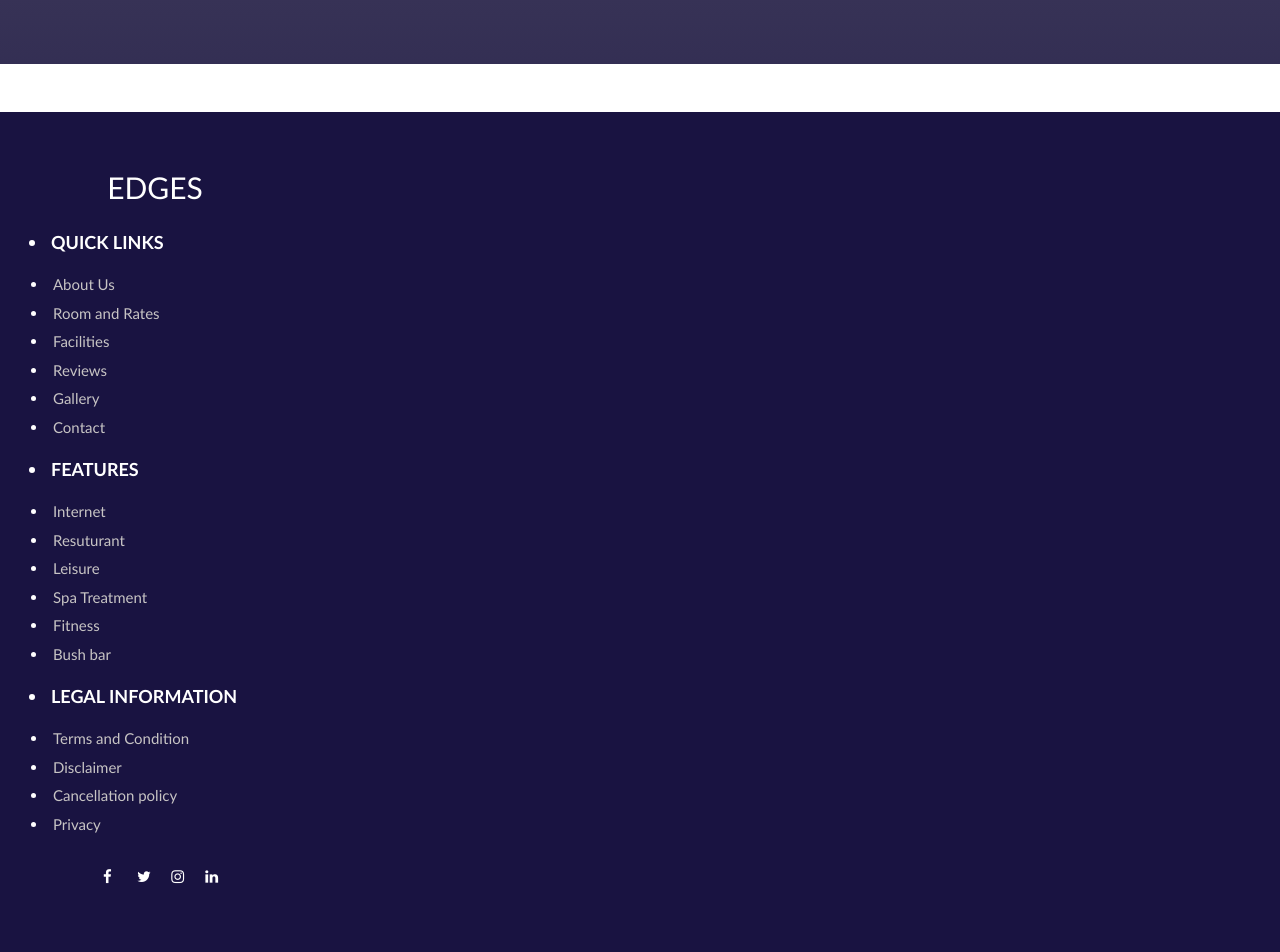
Repository: Syfon01/hotel-website
Page: index.html
An editor plug-in stored every save of this project. The page is shown before and after a run of saves, followed by the edit.
The browser window is 1280 px wide. The pictures show the part of the page from y = 2515 to 3467 px (the page is 3467 px tall before and 3070 px after).
Pictures or frames that could not be fetched are drawn as grey boxes.

Above is the page before, as saved 2020-06-09 17:59:49.

### index.html
<!doctype html>
<html lang="en">
  <head>
    <title>Title</title>
    <!-- Required meta tags -->
    <meta charset="utf-8">
    <meta name="viewport" content="width=device-width, initial-scale=1, shrink-to-fit=no">
  <!-- font awesome -->
  <link rel="stylesheet" href="https://cdnjs.cloudflare.com/ajax/libs/font-awesome/4.7.0/css/font-awesome.min.css">
    <!-- Bootstrap CSS -->
    <link rel="stylesheet" href="https://stackpath.bootstrapcdn.com/bootstrap/4.3.1/css/bootstrap.min.css" integrity="sha384-ggOyR0iXCbMQv3Xipma34MD+dH/1fQ784/j6cY/iJTQUOhcWr7x9JvoRxT2MZw1T" crossorigin="anonymous">
    <link rel="stylesheet" href="room.css">
    <link rel="stylesheet" href="style.css">

  </head>
  <body>
    <!-- header, navbar -->
    <section class="top__section">
      <div class="top__content">
        <div class="container">
          <div class="icons">
            <i class="fa fa-facebook"></i>
            <i class="fa fa-twitter"></i>
            <i class="fa fa-instagram"></i>
            <i class="fa fa-linkedin"></i>
          </div>

          <div class="select">
            <p>English</p><span><i class="fa fa-angle-down"></i></span>
            <p class="x">NGN</p><span><i class="fa fa-angle-down"></i></span>
          </div>
        </div>
      </div>
    </section>

    <section class="main__frame">
      <nav>
        <input type="checkbox" name="" id="check">
        <label for="check" class="checkbtn"><span class="hamburger"></span></label>
        <label class="navBrand">EDGES</label>
        <ul>
          <li><a href="#" class="active">Home</a></li>
          <li><a href="#">About us</a></li>
          <li><a href="#">Room and Rates</a></li>
          <li><a href="#">Facilities</a></li>
          <li><a href="#">Gallery</a></li>
          <li><a href="#">Review</a></li>
          <li><a href="#">Contact</a></li>
        </ul>
      </nav>

      <div class="home-header text-center pt-5">
        <div class="container cont-head pt-5">
          <div class="vert-head pt-5">
            <h1 class="home pb-3">
              Our Rooms
            </h1>
            <div class="col-12 mx-auto">
              <p>
                Enjoy ultimate relaxation in one of our 94 rooms, including 27 spacious suites, designed with your comfort in
                mind.
                All
                rooms offer free high-speed wireless internet, natural light, as well as coffee and tea facilities. Return
                after a
                full
                day of work or sightseeing and unwind in style.
              </p>
            </div>
          </div>

        </div>
      </div>
    </section>
    <!-- header section  -->
    <!-- <section class="header mb-5">
      <div class="home-header text-center">
        <div class="container cont-head pt-5">
          <div class="vert-head pt-5">
            <h1 class="home pb-3">
              Our Rooms
            </h1>
            <div class="col-12 mx-auto">
              <p>
                Enjoy ultimate relaxation in one of our 94 rooms, including 27 spacious suites, designed with your comfort in mind.
                All
                rooms offer free high-speed wireless internet, natural light, as well as coffee and tea facilities. Return after a
                full
                day of work or sightseeing and unwind in style.
              </p>
          </div>
        </div>

        </div>
      </div>
    </section> -->
    <!-- carousel section -->
    <section id="carousel-section">
      <div class="container mt-5">
        <div class="row py-4">
          <div class="col-md-7 col-lg-7 col-12 col-sm-12">
            <div id="carouselExampleIndicators" class="carousel slide" data-ride="carousel">
              <ol class="carousel-indicators">
                <li data-target="#carouselExampleIndicators" data-slide-to="0" class="active"></li>
                <li data-target="#carouselExampleIndicators" data-slide-to="1"></li>
                <li data-target="#carouselExampleIndicators" data-slide-to="2"></li>
              </ol>
              <div class="carousel-inner">
                <div class="carousel-item active">
                  <img src="./img/hotel1.png" class="d-block w-100 img-carousel img-fluid" alt="...">
                </div>
                <div class="carousel-item">
                  <img src="./img/hotel2.png" class="d-block w-100 img-carousel img-fluid" alt="...">
                </div>
                <div class="carousel-item">
                  <img src="./img/hotel3.png" class="d-block w-100 img-carousel img-fluid" alt="...">
                </div>
              </div>

            </div>
          </div>
          <div class="col-md-5 col-lg-5 col-12 col-sm-12">
            <h4 class="text-purple mb-4">Standard Room</h4>
            <p class="text-purple"><span class="p-font-weight">Bed type </span>: 1 King sized bed</p>
            <p class="text-purple"><span class="p-font-weight">Size</span> : 25m2</p>
            <p class="text-purple"><span class="p-font-weight">Max.guest </span>: 2 Adults and a child</p>
            <p class="text-purple mb-4"><span class="p-font-weight p-20">#16,700</span> /night</p>
            <button class="btn btn-purple px-5">Book Now</button>
          </div>
        </div>

        <div class="row py-4">
          <div class="col-md-7 col-lg-7 col-12 col-sm-12">
            <div id="carouselExampleIndicators" class="carousel slide" data-ride="carousel">
              <ol class="carousel-indicators">
                <li data-target="#carouselExampleIndicators" data-slide-to="0" class="active"></li>
                <li data-target="#carouselExampleIndicators" data-slide-to="1"></li>
                <li data-target="#carouselExampleIndicators" data-slide-to="2"></li>
              </ol>
              <div class="carousel-inner">
                <div class="carousel-item active">
                  <img src="./img/hotel2.png" class="d-block w-100 img-carousel img-fluid" alt="...">
                </div>
                <div class="carousel-item">
                  <img src="./img/hotel3.png" class="d-block w-100 img-carousel img-fluid" alt="...">
                </div>
                <div class="carousel-item">
                  <img src="./img/hotel4.png" class="d-block w-100 img-carousel img-fluid" alt="...">
                </div>
              </div>

            </div>
          </div>
          <div class="col-md-5 col-lg-5 col-12 col-sm-12">
            <h4 class="text-purple mb-4">Deluxe Room</h4>
            <p class="text-purple"><span class="p-font-weight">Bed type </span>: 1 King sized bed</p>
            <p class="text-purple"><span class="p-font-weight">Size</span> : 29m2</p>
            <p class="text-purple"><span class="p-font-weight">Max.guest </span>: 2 Adults and a child</p>
            <p class="text-purple mb-4"><span class="p-font-weight p-20">#16,700</span> /night</p>
            <button class="btn btn-purple px-5">Book Now</button>
          </div>
        </div>

        <div class="row py-4">
          <div class="col-md-7 col-lg-7 col-12 col-sm-12">
            <div id="carouselExampleIndicators" class="carousel slide" data-ride="carousel">
              <ol class="carousel-indicators">
                <li data-target="#carouselExampleIndicators" data-slide-to="0" class="active"></li>
                <li data-target="#carouselExampleIndicators" data-slide-to="1"></li>
                <li data-target="#carouselExampleIndicators" data-slide-to="2"></li>
              </ol>
              <div class="carousel-inner">
                <div class="carousel-item active">
                  <img src="./img/hotel3.png" class="d-block w-100 img-carousel h-50 img-fluid" alt="...">
                </div>
                <div class="carousel-item">
                  <img src="./img/hotel4.png" class="d-block w-100 img-carousel img-fluid" alt="...">
                </div>
                <div class="carousel-item">
                  <img src="./img/hotel1.png" class="d-block w-100 img-carousel img-fluid" alt="...">
                </div>
              </div>

            </div>
          </div>
          <div class="col-md-5 col-lg-5 col-12 col-sm-12">
            <h4 class="text-purple mb-4">Standard Deluxe Room</h4>
            <p class="text-purple"><span class="p-font-weight">Bed type </span>: 1 King sized bed</p>
            <p class="text-purple"><span class="p-font-weight">Size</span> : 48m2</p>
            <p class="text-purple"><span class="p-font-weight">Max.guest </span>: 2 Adults and a child</p>
            <p class="text-purple mb-4"><span class="p-font-weight p-20">#21,000</span> /night</p>
            <button class="btn btn-purple px-5">Book Now</button>
          </div>
        </div>

        <div class="row py-4">
          <div class="col-md-7 col-lg-7 col-12 col-sm-12">
            <div id="carouselExampleIndicators" class="carousel slide" data-ride="carousel">
              <ol class="carousel-indicators">
                <li data-target="#carouselExampleIndicators" data-slide-to="0" class="active"></li>
                <li data-target="#carouselExampleIndicators" data-slide-to="1"></li>
                <li data-target="#carouselExampleIndicators" data-slide-to="2"></li>
              </ol>
              <div class="carousel-inner">
                <div class="carousel-item active">
                  <img src="./img/hotel4.png" class="d-block w-100 img-carousel h-50 img-fluid" alt="...">
                </div>
                <div class="carousel-item">
                  <img src="./img/hotel2.png" class="d-block w-100 img-carousel img-fluid" alt="...">
                </div>
                <div class="carousel-item">
                  <img src="./img/hotel1.png" class="d-block w-100 img-carousel img-fluid" alt="...">
                </div>
              </div>

            </div>
          </div>
          <div class="col-md-5 col-lg-5 col-12 col-sm-12">
            <h4 class="text-purple mb-4">Executive Room</h4>
            <p class="text-purple"><span class="p-font-weight">Bed type </span>:2 twins or 1 King sized bed</p>
            <p class="text-purple"><span class="p-font-weight">Size</span> : 48m2</p>
            <p class="text-purple"><span class="p-font-weight">Max.guest </span>: 2 Adults and a child</p>
            <p class="text-purple mb-4"><span class="p-font-weight p-20">#25,000</span> /night</p>
            <button class="btn btn-purple px-5">Book Now</button>
          </div>
        </div>
      </div>
    </section>

    <!-- explore section  -->
    <div class="explore py-4 mb-4">
      <div class='hero'>
        <div class="cont-vert d-none d-md-block d-lg-block">
          <div class="text-center vert col-12">
            <h1>
              Explore and see what comfort really is
            </h1>
            <img src="./img/play.svg" class="img-fluid" alt="" srcset="">
          </div>
        </div>

        <div class="d-sm-block d-lg-none d-md-none pt-5">
          <div class="text-center col-12 pt-5">
            <h1 class="pt-5">
              Explore and see what comfort really is
            </h1>
            <img src="./img/play.svg" class="img-fluid" alt="" srcset="">
          </div>
        </div>

      </div>
</div>
<!-- footer -->
<footer>
  <h2>Edges</h2>



  <div class="de-table">

    <div class="d-column">
      <ul class="d-row">
        <li id="theader">Quick Links </li>
        <li><a href="#">About Us </a></li>
        <li><a href="#"> Room and Rates</a></li>
        <li><a href="#"> Facilities</a></li>
        <li><a href="#">Reviews</a> </li>
        <li><a href="#">Gallery</a> </li>
        <li><a href="#"> Contact</a></li>
      </ul>
    </div>

    <div class="d-column">
      <ul class="d-row">
        <li id="theader">Features </li>
        <li><a href="#">Internet</a></li>
        <li><a href="#">Resuturant</a> </li>
        <li><a href="#">Leisure</a> </li>
        <li> <a href="#">Spa Treatment</a></li>
        <li><a href="#">Fitness </a></li>
        <li><a href="#">Bush bar </a></li>
      </ul>
    </div>

    <div class="d-column">
      <ul class="d-row">
        <li id="theader"> Legal Information</li>
        <li><a href="#">Terms and Condition </a></li>
        <li><a href="#">Disclaimer</a> </li>
        <li> <a href="#">Cancellation policy</a></li>
        <li><a href="#">Privacy</a> </li>
      </ul>
    </div>


  </div>


  <div class="links">
    <i class="fa fa-facebook"><a href="#"></a></i>
    <i class="fa fa-twitter"><a href="#"></a></i>
    <i class="fa fa-instagram"><a href="#"></a></i>
    <i class="fa fa-linkedin"><a href="#"></a></i>

  </div>
</footer>


    <!-- Optional JavaScript -->
    <!-- jQuery first, then Popper.js, then Bootstrap JS -->
    <script src="https://code.jquery.com/jquery-3.3.1.slim.min.js" integrity="sha384-q8i/X+965DzO0rT7abK41JStQIAqVgRVzpbzo5smXKp4YfRvH+8abtTE1Pi6jizo" crossorigin="anonymous"></script>
    <script src="https://cdnjs.cloudflare.com/ajax/libs/popper.js/1.14.7/umd/popper.min.js" integrity="sha384-UO2eT0CpHqdSJQ6hJty5KVphtPhzWj9WO1clHTMGa3JDZwrnQq4sF86dIHNDz0W1" crossorigin="anonymous"></script>
    <script src="https://stackpath.bootstrapcdn.com/bootstrap/4.3.1/js/bootstrap.min.js" integrity="sha384-JjSmVgyd0p3pXB1rRibZUAYoIIy6OrQ6VrjIEaFf/nJGzIxFDsf4x0xIM+B07jRM" crossorigin="anonymous"></script>
  </body>
</html>

### room.css
.text-purple{
 color: #333333
}
.p-font-weight{
  font-weight: 500;
}
.p-20{
  font-size: 24px;
}
p{
  font-size: 18px;;
}
.btn-purple{
  background-color: #191341;
  color: #fff;
  border-radius: 5px;
}
.img-carousel{
  height: 300px!important;
}
.carousel-indicators li{
  border-radius: 100%;
  width: 8px;
  height: 8px;
}
.home-header{
  background-image: linear-gradient(to bottom, rgba(0, 0, 0, 0.4), rgba(0, 0, 0, 0.6)),
  url('https://res.cloudinary.com/syfon/image/upload/v1591642862/header.png');
  width: 100%;
  height: 75vh;
  background-size: cover;
  color: white;
  ;
}
.hero{
   background-image: linear-gradient(to bottom, rgba(25, 19, 65, 0.6), rgba(25, 19, 65, 0.8)),
   url('https://res.cloudinary.com/syfon/image/upload/v1591642863/explore.png');
   width: 100%;
   height: 75vh;
   background-size: cover;
   color: white;
  ;
}

.vert{
  margin: 0;
  position: absolute;
  top: 50%;
  left: 50%;
  -ms-transform: translate(-50%, -50%);
  transform: translate(-50%, -50%);
}
.cont-vert{
  height: 400px;
  position: relative;
}



.cont-head {
  height: 400px;
  position: relative;
}

### style.css
html * {
  margin: 0;
  padding: 0;
  box-sizing: border-box;
}

body {
  font-family: Calibri, 'Trebuchet MS', sans-serif;
  width: 100%;
  height: 100%;
}


/*  NAVBAR */
a {
  text-decoration: none;
}

.main__frame {
  width: 100%;
  height: calc(80vh - 50px);
  background-image: url('https://res.cloudinary.com/syfon/image/upload/v1591642862/header.png');
  background-repeat: no-repeat;
  object-fit: cover;
  background-size: cover;
  position: relative;
}

.main__frame::after {
  content: '';
  position: absolute;
  top: 0;
  left: 0;
  width: 100%;
  height: 100%;
  z-index: 1;
  /* background: rgba(0, 0, 0, 0.5); */
}

.top__section {
  width: 100%;
  height: 49px;
}

.top__content {
  max-width: 100%;
  height: 49px;
  background: #191341;
}

.top__content>.container {
  width: 80%;
  display: flex;
  flex-direction: row;
  justify-content: space-between;
  margin: 0 auto;
  color: #ffffff;
  padding-top: 15px;
}

.container>.icons {
  display: flex;
  flex-direction: row;
  width: 100px;
  font-size: 15px;
}

.icons i {
  margin-right: 25px;
}

.container {
  width: 80%;
  margin: 0 auto;
}

.container>.select {
  display: flex;
  flex-direction: row;
  width: 200px;
  font-size: 18px;

}

/* select section */
.select>p {
  margin-right: 10px;
}

.select>p.x {
  margin-left: 40px;
}

.select>span {
  line-height: 25px;
}

/* navigation */
nav {
  position: absolute;
  content: '';
  width: 100%;
  height: 80px;
  z-index: 2;
  padding: 0 4em;
}

nav .navBrand {
  /* font-family: Calibri; */
  font-style: normal;
  font-weight: bold;
  font-size: 45px;
  line-height: 70px;
  color: #ffff;
  z-index: 2;
  float: left;
}

nav ul {
  float: right;
  list-style: none;
}

nav ul li {
  display: inline-block;
  line-height: 70px;
}

nav li a {
  font-family: Calibri;
  font-style: normal;
  font-weight: normal;
  font-size: 20px;
  line-height: 24px;
  color: #FFFFFF;
  padding: 8px 17px;
}

nav li a:hover {
  background: #191341;
  box-shadow: 2px 0px 2px rgba(0, 0, 0, 0.25);
  border-radius: 5px;
}

.checkbtn {
  float: right;
  position: relative;
  top: 32px;
  cursor: pointer;
  display: none;
}

#check {
  display: none;
}

/* Hamburger menu with CSS */
.hamburger,
.hamburger::before,
.hamburger::after {
  content: "";
  display: block;
  background: #fff;
  height: 3px;
  width: 1.8rem;
  border-radius: 4px;
  transition: all .4s ease-out;
}

.hamburger::before {
  transform: translateY(-8px);
}

.hamburger::after {
  transform: translateY(5px);
}

/* Hamburger icon switch to X */
#check:checked~.checkbtn .hamburger {
  transform: rotate(45deg);
  background: #fff;
}

#check:checked~.checkbtn .hamburger::after {
  transform: translateY(-3px) rotate(-90deg);
  background: #fff;
}

#check:checked~.checkbtn .hamburger::before {
  opacity: 0;
}

/* media Query */

/* mobile */
@media screen and (min-width: 300px) and (max-width: 420px) {

  /* top icons */
  .container>.icons {
    width: 30%;
    font-size: 12px;
  }

  .icons i {
    margin-right: 20px;
  }

  .container>.select {
    width: 40%;
    font-size: 12px;
  }

  .select>p.x {
    margin-left: 20px;
  }

  .select>span {
    line-height: 18px;
  }

  .top__content>.container {
    width: 80% !important;
  }

  nav {
    padding: 0 2.4em !important;
  }

  nav .navBrand {
    font-size: 27px !important;
  }
}

/* small tablet */
@media screen and (min-width: 550px) and (max-width: 772px) {

  .container>.select {
    font-size: 12px;
  }

  .select>span {
    line-height: 18px;
  }

  nav {
    padding: 0 5em;
  }

  nav .navBrand {
    font-size: 33px;
  }
}

/* tablet */
@media screen and (min-width: 900px) and (max-width: 1250px) {
  .top__content>.container {
    width: 85%;
  }

  nav {
    padding: 0 4em;
  }

  nav .navBrand {
    font-size: 33px;
  }

  li a {
    font-size: 14px;
    padding: 8px 14px;
  }
}

@media screen and (min-width: 1250px) {
  nav {
    padding: 0 8em;
  }

}

/* navbar */
@media screen and (max-width: 852px) {
  .checkbtn {
    display: block;
  }

  nav ul {
    position: fixed;
    width: 100%;
    height: 100%;
    background: rgba(0, 0, 0, 0.9);
    top: 110px;
    left: -100%;
    text-align: center;
    transition: all .4s;
  }

  nav ul li {
    display: block;
    margin: 50px 0;
    line-height: 30px;
  }

  nav ul li a {
    font-size: 20px;
  }

  li a:hover,
  a.active {
    background: none;
    color: #191341;
  }

  #check:checked~ul {
    left: 0;
  }
}



/* footer  */
footer {
  color: white;
  padding: 3em;
  background-color: #191341;
}

footer h2 {
  width: 90%;
  margin: auto;
  font-size: 30px;
  padding: 0.3em 0em;
  text-transform: uppercase
}

.d-table {

  margin: auto;
  width: 95%;
  display: flex;
  padding-left: 2em;

}

.d-table ul {
  list-style-type: none;
}

.d-column {
  width: 40%
}

#theader {
  padding-top: 12px;
  padding-bottom: 12px;
  text-align: left;
  font-weight: bold;
  font-size: 18px;
  line-height: 32px;
  text-transform: uppercase;
}

.d-row li {
  padding: 3px;
  font-size: 15px
}

.d-row li a {
  color: rgb(199, 196, 196);
  text-decoration: none;
  padding: 2px
}

.links {

  padding: 1em 2.5em;

}

.links .fa {
  padding: 15px;
  cursor: pointer;
  width: 15px;
  height: 15px;
  font-size: 15px;
  text-decoration: none;

}

@media (max-width: 991px) {
  footer {
    /* text-align: center; */
    color: white;
    padding-left: 2em
  }

  .d-table {
    display: block;

    padding: 0em
  }

  .d-column {
    width: 100%;
    padding: 1em;

  }

  footer h2 {
    padding: 0.5em
  }

  #theader {

    line-height: 7px;

  }
}

After the next 2 saves:
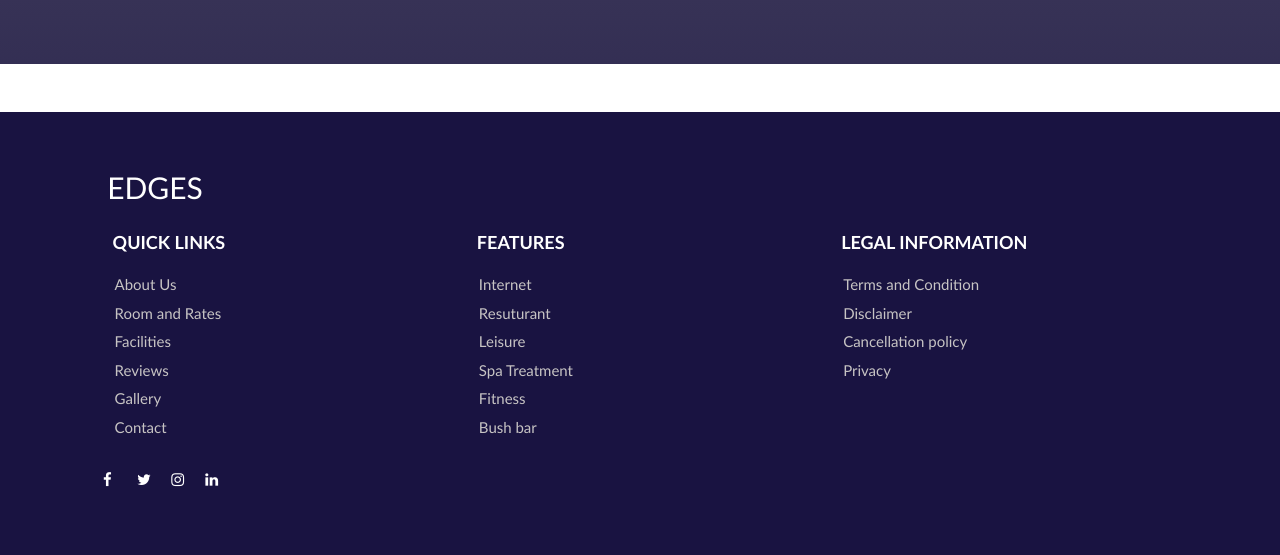
The 2 saves are shown as one change because they came seconds apart.
The last was saved 11 s later.
--- a/style.css
+++ b/style.css
@@ -333,7 +333,7 @@ footer h2 {
   text-transform: uppercase
 }
 
-.d-table {
+.de-table {
 
   margin: auto;
   width: 95%;
@@ -342,7 +342,7 @@ footer h2 {
 
 }
 
-.d-table ul {
+.de-table ul {
   list-style-type: none;
 }
 
